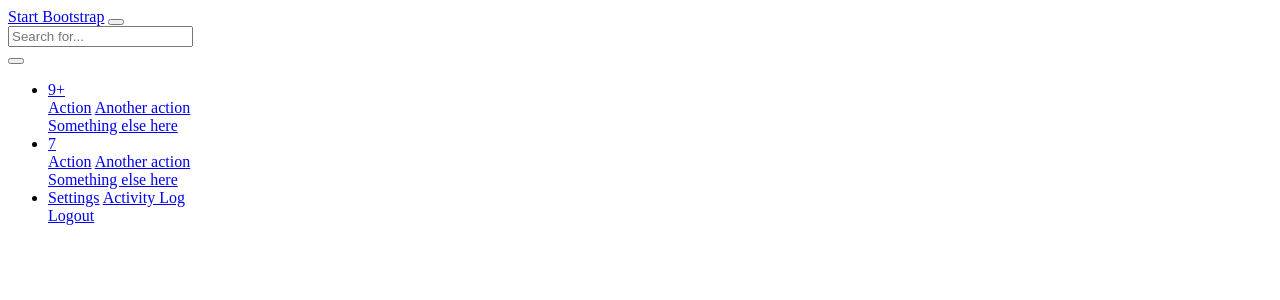
Repository: fhwang2/WEB
Page: http://localhost/FoodCinema/admin_withB.jsp
An editor plug-in stored every save of this project. The page is shown before and after the next save, followed by the edit.
The browser window is 1280 px wide. The pictures show the whole page.
The page is served by Tomcat 9.

Above is the page before, as saved 2019-07-11 10:03:21.

### FoodCinema/WebContent/admin_withB.jsp
<%@ page language="java" contentType="text/html; charset=UTF-8"
    pageEncoding="UTF-8"%>
<!DOCTYPE html>
<html>
<head>
<meta charset="UTF-8">
<title>Insert title here</title>
</head>
<body id = "shell">
	<nav class="navbar navbar-expand navbar-dark bg-dark static-top">

		<a class="navbar-brand mr-1" href="index.html">Start Bootstrap</a>

		<button class="btn btn-link btn-sm text-white order-1 order-sm-0"
			id="sidebarToggle" href="#">
			<i class="fas fa-bars"></i>
		</button>

		<!-- Navbar Search -->
		<form
			class="d-none d-md-inline-block form-inline ml-auto mr-0 mr-md-3 my-2 my-md-0">
			<div class="input-group">
				<input type="text" class="form-control" placeholder="Search for..."
					aria-label="Search" aria-describedby="basic-addon2">
				<div class="input-group-append">
					<button class="btn btn-primary" type="button">
						<i class="fas fa-search"></i>
					</button>
				</div>
			</div>
		</form>

		<!-- Navbar -->
		<ul class="navbar-nav ml-auto ml-md-0">
			<li class="nav-item dropdown no-arrow mx-1"><a
				class="nav-link dropdown-toggle" href="#" id="alertsDropdown"
				role="button" data-toggle="dropdown" aria-haspopup="true"
				aria-expanded="false"> <i class="fas fa-bell fa-fw"></i> <span
					class="badge badge-danger">9+</span>
			</a>
				<div class="dropdown-menu dropdown-menu-right"
					aria-labelledby="alertsDropdown">
					<a class="dropdown-item" href="#">Action</a> <a
						class="dropdown-item" href="#">Another action</a>
					<div class="dropdown-divider"></div>
					<a class="dropdown-item" href="#">Something else here</a>
				</div></li>
			<li class="nav-item dropdown no-arrow mx-1"><a
				class="nav-link dropdown-toggle" href="#" id="messagesDropdown"
				role="button" data-toggle="dropdown" aria-haspopup="true"
				aria-expanded="false"> <i class="fas fa-envelope fa-fw"></i> <span
					class="badge badge-danger">7</span>
			</a>
				<div class="dropdown-menu dropdown-menu-right"
					aria-labelledby="messagesDropdown">
					<a class="dropdown-item" href="#">Action</a> <a
						class="dropdown-item" href="#">Another action</a>
					<div class="dropdown-divider"></div>
					<a class="dropdown-item" href="#">Something else here</a>
				</div></li>
			<li class="nav-item dropdown no-arrow"><a
				class="nav-link dropdown-toggle" href="#" id="userDropdown"
				role="button" data-toggle="dropdown" aria-haspopup="true"
				aria-expanded="false"> <i class="fas fa-user-circle fa-fw"></i>
			</a>
				<div class="dropdown-menu dropdown-menu-right"
					aria-labelledby="userDropdown">
					<a class="dropdown-item" href="#">Settings</a> <a
						class="dropdown-item" href="#">Activity Log</a>
					<div class="dropdown-divider"></div>
					<a class="dropdown-item" href="#" data-toggle="modal"
						data-target="#logoutModal">Logout</a>
				</div></li>
		</ul>

	</nav>
</body>
</html>

After the next save:
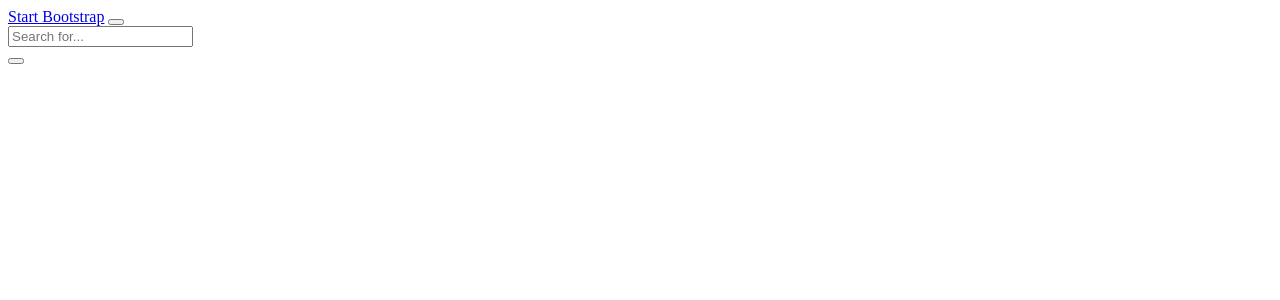
Saved 113 s later.
--- a/FoodCinema/WebContent/admin_withB.jsp
+++ b/FoodCinema/WebContent/admin_withB.jsp
@@ -30,49 +30,6 @@
 			</div>
 		</form>
 
-		<!-- Navbar -->
-		<ul class="navbar-nav ml-auto ml-md-0">
-			<li class="nav-item dropdown no-arrow mx-1"><a
-				class="nav-link dropdown-toggle" href="#" id="alertsDropdown"
-				role="button" data-toggle="dropdown" aria-haspopup="true"
-				aria-expanded="false"> <i class="fas fa-bell fa-fw"></i> <span
-					class="badge badge-danger">9+</span>
-			</a>
-				<div class="dropdown-menu dropdown-menu-right"
-					aria-labelledby="alertsDropdown">
-					<a class="dropdown-item" href="#">Action</a> <a
-						class="dropdown-item" href="#">Another action</a>
-					<div class="dropdown-divider"></div>
-					<a class="dropdown-item" href="#">Something else here</a>
-				</div></li>
-			<li class="nav-item dropdown no-arrow mx-1"><a
-				class="nav-link dropdown-toggle" href="#" id="messagesDropdown"
-				role="button" data-toggle="dropdown" aria-haspopup="true"
-				aria-expanded="false"> <i class="fas fa-envelope fa-fw"></i> <span
-					class="badge badge-danger">7</span>
-			</a>
-				<div class="dropdown-menu dropdown-menu-right"
-					aria-labelledby="messagesDropdown">
-					<a class="dropdown-item" href="#">Action</a> <a
-						class="dropdown-item" href="#">Another action</a>
-					<div class="dropdown-divider"></div>
-					<a class="dropdown-item" href="#">Something else here</a>
-				</div></li>
-			<li class="nav-item dropdown no-arrow"><a
-				class="nav-link dropdown-toggle" href="#" id="userDropdown"
-				role="button" data-toggle="dropdown" aria-haspopup="true"
-				aria-expanded="false"> <i class="fas fa-user-circle fa-fw"></i>
-			</a>
-				<div class="dropdown-menu dropdown-menu-right"
-					aria-labelledby="userDropdown">
-					<a class="dropdown-item" href="#">Settings</a> <a
-						class="dropdown-item" href="#">Activity Log</a>
-					<div class="dropdown-divider"></div>
-					<a class="dropdown-item" href="#" data-toggle="modal"
-						data-target="#logoutModal">Logout</a>
-				</div></li>
-		</ul>
-
 	</nav>
 </body>
 </html>
